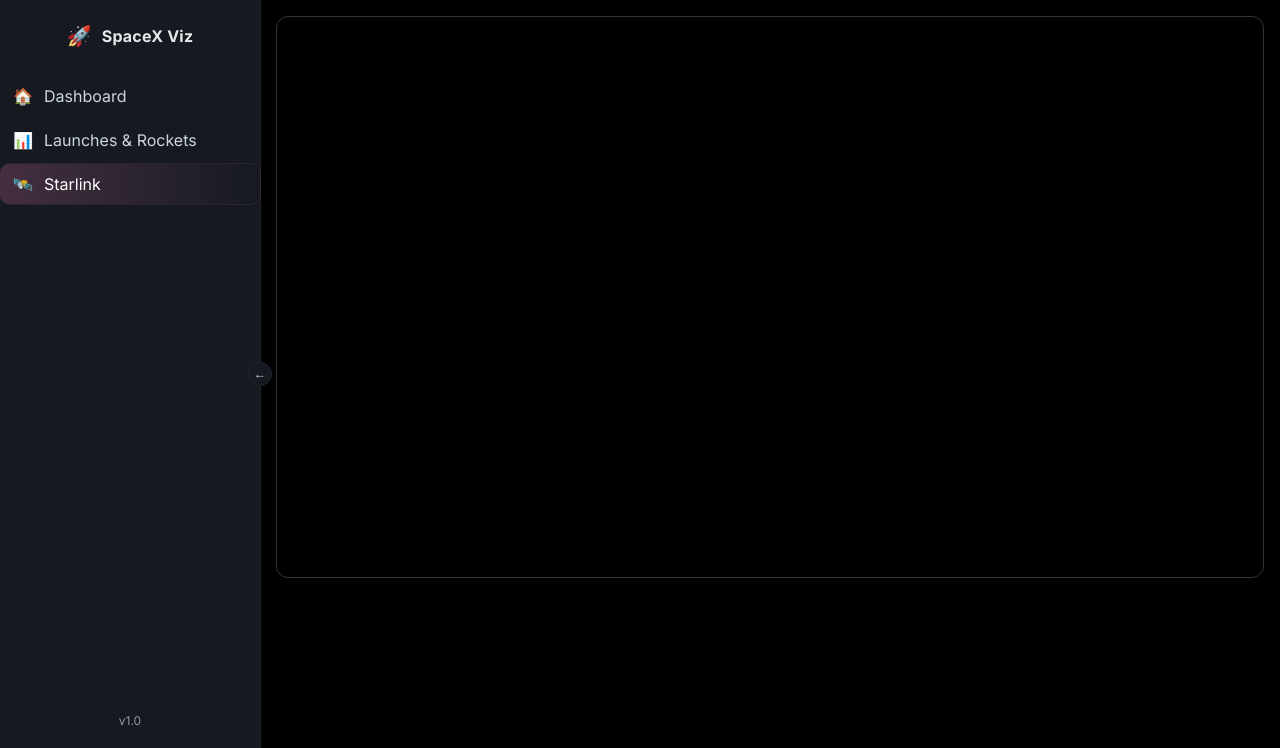
Repository: Regieslu/spacex-dashboard-project
Page: /starlink (app in frontend/)
An editor plug-in stored every save of this project. The page is shown before and after the next save, followed by the edit.
The browser window is 1280 px wide. The pictures show the whole page.
The project was rebuilt for these pictures with package versions that can differ from the ones it lists, and the page was loaded fresh each time. Also part of the build but not shown: frontend/vite.config.ts.

Above is the page before, as saved 2025-09-07 14:53:35.

### frontend/index.html
<!DOCTYPE html>
<html lang="en">
  <head>
    <meta charset="UTF-8" />
    <link rel="icon" type="image/svg+xml" href="/vite.svg" />
    <meta name="viewport" content="width=device-width, initial-scale=1.0" />
    <title>SpaceX Dashboard</title>

    <!-- Google Fonts - SpaceX Style -->
    <link rel="preconnect" href="https://fonts.googleapis.com" />
    <link rel="preconnect" href="https://fonts.gstatic.com" crossorigin />
    <link
      href="https://fonts.googleapis.com/css2?family=Space+Grotesk:wght@300;400;500;600;700&family=Space+Mono:wght@400;700&family=Montserrat:wght@400;500;600;700&family=Inter:wght@400;500;600;700&display=swap"
      rel="stylesheet"
    />
  </head>
  <body>
    <div id="app"></div>
    <script type="module" src="/src/main.ts"></script>
  </body>
</html>

### frontend/src/main.ts
import { createApp } from "vue";
import App from "./App.vue";
import ECharts from "vue-echarts";
import * as echarts from "echarts"; // types
import theme from "./assets/theme";
import "./assets/base.css";
import { router } from "./router";
import { createPinia } from "pinia";
echarts.registerTheme("spacex", theme as any);

const app = createApp(App);
const pinia = createPinia();

app.use(pinia);
app.component("VChart", ECharts);
app.use(router);
app.mount("#app");

### frontend/src/App.vue
<template>
  <AppShell />
</template>
<script setup lang="ts">
import AppShell from "./components/layout/AppShell.vue";
</script>

### frontend/src/assets/theme.ts
// base color palette
const colors = [
  "#ff58b0", // magenta primario
  "#ff83c4", // rosa
  "#7c4dff", // violeta
  "#00e5ff", // cian
  "#ffb74d", // ámbar
  "#81c784", // verde
  "#b0bec5", // gris-azulado
];

const axisText = "#cfd8dc";
const axisLine = "#90a4ae55";
const splitLine = "#546e7a55";
const titleText = "#eceff1";
const bg = "#111317";
const panel = "#161a20";
const tooltipBg = "rgba(13,16,22,.96)";

// Colores de fondo reutilizables
const backgrounds = {
  main: "#000000", // Fondo principal negro (como la tabla)
  card: "#000000", // Fondo de cards
  container: "#000000", // Fondo de contenedores
  sidebar: "#161a20", // Fondo del sidebar
  shell: "#0f1116", // Fondo del shell principal
};

// Tipografía SpaceX-style
const typography = {
  // Fuente principal (similar a SpaceX)
  primary: "'Space Grotesk', 'Montserrat', 'Inter', system-ui, sans-serif",
  // Fuente monoespaciada para elementos técnicos (como la tabla)
  mono: "'Space Mono', 'Courier New', 'Monaco', 'Menlo', monospace",
  // Fuente secundaria
  secondary: "'Inter', system-ui, sans-serif",
};

const theme: Record<string, any> = {
  color: colors,
  backgroundColor: "transparent",
  textStyle: {
    color: axisText,
    fontFamily: typography.primary,
  },

  title: {
    textStyle: { color: titleText, fontWeight: 700, fontSize: 18 },
    subtextStyle: { color: "#b0bec5" },
  },

  grid: {
    left: 40,
    right: 24,
    top: 40,
    bottom: 36,
    containLabel: true,
    backgroundColor: panel,
    show: false,
  },

  legend: {
    textStyle: { color: axisText, fontSize: 12 },
    itemWidth: 14,
    itemHeight: 10,
    itemGap: 16,
    icon: "roundRect",
  },

  tooltip: {
    backgroundColor: tooltipBg,
    borderColor: "#263238",
    borderWidth: 1,
    textStyle: { color: "#eceff1", fontSize: 12 },
    axisPointer: {
      type: "line",
      lineStyle: { color: "#ffffff30", width: 1 },
      crossStyle: { color: "#ffffff30" },
    },
    extraCssText:
      "backdrop-filter: blur(6px); border-radius:8px; padding:8px 10px;",
  },

  // category axis (applies to x and y)
  categoryAxis: {
    axisLine: { lineStyle: { color: axisLine } },
    axisTick: { show: false },
    axisLabel: { color: axisText, margin: 8 },
    splitLine: { show: false },
    nameTextStyle: { color: axisText },
  },
  valueAxis: {
    axisLine: { show: false },
    axisTick: { show: false },
    axisLabel: { color: axisText, margin: 6 },
    splitLine: { show: true, lineStyle: { color: splitLine } },
    nameTextStyle: { color: axisText },
  },

  // series by type (defaults pretty)
  line: {
    symbol: "circle",
    symbolSize: 6,
    smooth: true,
    lineStyle: { width: 3 },
    areaStyle: { opacity: 0.08 },
    itemStyle: { borderWidth: 0 },
  },

  bar: {
    barMaxWidth: 42,
    itemStyle: {
      borderRadius: [8, 8, 0, 0],
      shadowBlur: 10,
      shadowColor: "rgba(0,0,0,.25)",
      shadowOffsetY: 2,
    },
  },

  pie: {
    itemStyle: { borderColor: bg, borderWidth: 2 },
    label: { color: axisText, fontWeight: 500 },
  },

  radar: {
    axisName: { color: axisText },
    splitArea: { areaStyle: { color: ["#161a20", "#14181e"] } },
    splitLine: { lineStyle: { color: "#263238" } },
    indicator: [],
  },

  toolbox: { iconStyle: { borderColor: axisText } },
  dataZoom: {
    textStyle: { color: axisText },
    handleStyle: { color: "#ffffff80" },
    dataBackground: {
      lineStyle: { color: "#ffffff30" },
      areaStyle: { color: "#ffffff10" },
    },
  },

  visualMap: {
    textStyle: { color: axisText },
    inRange: { color: ["#ff83c4", "#ff58b0"] },
  },
};

// Exportar colores individuales para uso en componentes
export {
  backgrounds,
  colors,
  axisText,
  titleText,
  panel,
  tooltipBg,
  typography,
};

export default theme;

### frontend/src/assets/base.css
:root {
  color-scheme: dark;
}
html,
body,
#app {
  height: 100%;
}
body {
  margin: 0;
  background: #0f1116;
  color: #e5e7eb;
  font-family: Inter, system-ui, -apple-system, Segoe UI, Roboto, Arial,
    sans-serif;
}

### frontend/src/router/index.ts
import { createRouter, createWebHistory } from "vue-router";

const Dashboard = () => import("../views/Dashboard.vue");
const LaunchesRockets = () => import("../views/LaunchesRockets.vue");
const Starlink = () => import("../views/Starlink.vue");

export const router = createRouter({
  history: createWebHistory(),
  routes: [
    { path: "/", redirect: "/dashboard" },
    { path: "/dashboard", name: "Dashboard", component: Dashboard },
    {
      path: "/launches-rockets",
      name: "Launches & Rockets",
      component: LaunchesRockets,
    },
    { path: "/starlink", name: "Starlink", component: Starlink },
    { path: "/:pathMatch(.*)*", redirect: "/dashboard" },
  ],
  scrollBehavior() {
    return { top: 0 };
  },
});

### frontend/src/components/layout/AppShell.vue
<template>
  <div class="shell">
    <Sidebar ref="sidebarRef" />
    <main class="content">
      <RouterView />
    </main>
  </div>
</template>

<script setup lang="ts">
import Sidebar from "./Sidebar.vue";
import { useRoute } from "vue-router";
import { computed } from "vue";
const route = useRoute();
const titles: Record<string, string> = {
  "/dashboard": "Dashboard",
  "/launches-rockets": "Launches & Rockets",
  "/starlink": "Starlink",
};
</script>

<style scoped>
.shell {
  display: grid;
  grid-template-columns: 260px 1fr;
  min-height: 100dvh;
  background: #0f1116;
  transition: grid-template-columns 0.3s ease;
}

.shell:has(.sidebar.collapsed) {
  grid-template-columns: 60px 1fr;
}

.content {
  min-width: 0;
  background: #000000;
}
.topbar {
  position: sticky;
  top: 0;
  z-index: 10;
  background: linear-gradient(180deg, #0f1116, #0f111600);
  border-bottom: 1px solid #1c2130;
  padding: 12px 16px;
  color: #e5e7eb;
}
.ttl {
  font-weight: 700;
  letter-spacing: 0.2px;
}
@media (max-width: 900px) {
  .shell {
    grid-template-columns: 1fr;
  }
}
</style>

### frontend/src/views/StarLink.vue
<template>
  <section class="panel">
    <StarLinkGlobe />
  </section>
</template>
<script setup lang="ts">
import StarLinkGlobe from "../components/starlink/StarLinkGlobe.vue";
</script>
<style scoped>
.panel {
  padding: 16px;
  color: #e5e7eb;
}
</style>

### frontend/src/components/layout/Sidebar.vue
<template>
  <aside
    :class="['sidebar', { open: isOpen, collapsed: isCollapsed }]"
    @keydown.esc="isOpen = false"
    aria-label="Primary"
  >
    <div class="brand">
      <span class="logo">🚀</span>
      <span class="name" v-show="!isCollapsed">SpaceX Viz</span>
    </div>

    <nav class="nav">
      <RouterLink
        v-for="item in items"
        :key="item.to"
        :to="item.to"
        class="link"
        :class="{ active: $route.path.startsWith(item.to) }"
        :aria-current="$route.path.startsWith(item.to) ? 'page' : undefined"
        @click="isOpen = false"
        :title="isCollapsed ? item.label : undefined"
      >
        <span class="icon" aria-hidden="true">{{ item.emoji }}</span>
        <span class="text" v-show="!isCollapsed">{{ item.label }}</span>
      </RouterLink>
    </nav>

    <div class="footer" v-show="!isCollapsed">v1.0</div>

    <!-- Botón para contraer/expandir (solo desktop) -->
    <button
      class="collapse-btn"
      @click="toggleCollapse"
      aria-label="Toggle sidebar"
      v-show="!isCollapsed"
    >
      ←
    </button>

    <button
      class="expand-btn"
      @click="toggleCollapse"
      aria-label="Expand sidebar"
      v-show="isCollapsed"
    >
      →
    </button>

    <!-- botón flotante solo en mobile -->
    <button class="toggle" @click="isOpen = !isOpen" aria-label="Toggle menu">
      ☰
    </button>
  </aside>
</template>

<script setup lang="ts">
import { ref } from "vue";

const isOpen = ref(false);
const isCollapsed = ref(false);

const toggleCollapse = () => {
  isCollapsed.value = !isCollapsed.value;
};

const items = [
  { to: "/dashboard", label: "Dashboard", emoji: "🏠" },
  { to: "/launches-rockets", label: "Launches & Rockets", emoji: "📊" },
  { to: "/starlink", label: "Starlink", emoji: "🛰️" },
];
</script>

<style scoped>
.sidebar {
  position: sticky;
  top: 0;
  height: 100dvh;
  width: 260px;
  background: #161a20;
  color: #e5e7eb;
  border-right: 1px solid #1f2430;
  padding: 14px 0px 14px 0px;
  display: flex;
  flex-direction: column;
  gap: 12px;
  transition: width 0.3s ease;
}

.sidebar.collapsed {
  width: 60px;
  padding: 14px 8px;
}
.brand {
  display: flex;
  align-items: center;
  gap: 10px;
  padding: 10px 8px;
  justify-content: center;
}

.sidebar.collapsed .brand {
  justify-content: center;
}

.logo {
  font-size: 20px;
}
.name {
  font-weight: 700;
  letter-spacing: 0.2px;
}
.nav {
  display: flex;
  flex-direction: column;
  gap: 4px;
  margin-top: 6px;
}
.link {
  display: flex;
  align-items: center;
  gap: 10px;
  padding: 10px 12px;
  border-radius: 10px;
  color: #cbd5e1;
  text-decoration: none;
  transition: background 0.2s, color 0.2s;
  justify-content: flex-start;
}

.sidebar.collapsed .link {
  justify-content: center;
  padding: 10px 8px;
}
.link:hover {
  background: #1d2230;
  color: #fff;
}
.link.active {
  background: linear-gradient(90deg, #ff83c433, transparent);
  outline: 1px solid #ff83c41a;
  color: #fff;
}
.icon {
  width: 22px;
  text-align: center;
}
.footer {
  margin-top: auto;
  opacity: 0.6;
  font-size: 12px;
  padding: 6px 8px;
  text-align: center;
}

/* Botones de contraer/expandir */
.collapse-btn,
.expand-btn {
  position: absolute;
  top: 50%;
  right: -12px;
  transform: translateY(-50%);
  background: #161a20;
  color: #e5e7eb;
  border: 1px solid #1f2430;
  border-radius: 50%;
  width: 24px;
  height: 24px;
  display: flex;
  align-items: center;
  justify-content: center;
  cursor: pointer;
  font-size: 12px;
  transition: all 0.2s ease;
  z-index: 10;
}

.collapse-btn:hover,
.expand-btn:hover {
  background: #1d2230;
  color: #fff;
}

.expand-btn {
  right: -12px;
}

/* Mobile: sidebar overlay + botón flotante */
@media (max-width: 900px) {
  .sidebar {
    position: fixed;
    inset: 0 auto 0 0;
    transform: translateX(-100%);
    z-index: 40;
    width: 88%;
    max-width: 300px;
    border-right: none;
    box-shadow: 0 10px 40px rgba(0, 0, 0, 0.45);
  }
  .sidebar.open {
    transform: translateX(0);
    transition: transform 0.2s ease;
  }
  .toggle {
    position: fixed;
    left: 12px;
    bottom: 14px;
    z-index: 50;
    background: #1d2230;
    color: #fff;
    border: 1px solid #2a3142;
    border-radius: 10px;
    padding: 10px 12px;
    font-size: 16px;
    cursor: pointer;
    box-shadow: 0 8px 24px rgba(0, 0, 0, 0.35);
  }
}
/* Desktop: sin botón mobile, mostrar botones collapse */
@media (min-width: 901px) {
  .toggle {
    display: none;
  }

  .collapse-btn,
  .expand-btn {
    display: flex;
  }
}

/* Mobile: ocultar botones collapse */
@media (max-width: 900px) {
  .collapse-btn,
  .expand-btn {
    display: none;
  }
}
</style>

### frontend/src/stores/useSpacexStore.ts
import { defineStore } from "pinia";
import { ref, computed } from "vue";
import {
  getLaunches,
  getRockets,
  getStarlink,
  getUpcomingLaunches,
} from "../api";

export const useSpacexStore = defineStore("spacex", () => {
  // state
  const launches = ref<any[]>([]);
  const rockets = ref<any[]>([]);
  const starlink = ref<any[]>([]);
  const upcomingLaunches = ref<any[]>([]);

  const isLoading = ref(false);
  const error = ref<string | null>(null);

  // Cache individual por tipo de dato
  const lastFetchLaunches = ref<Date | null>(null);
  const lastFetchRockets = ref<Date | null>(null);
  const lastFetchStarlink = ref<Date | null>(null);
  const lastFetchUpcomingLaunches = ref<Date | null>(null);

  const CACHE_DURATION = 10 * 60 * 1000; // 10 minutes

  // Computed para verificar si cada tipo de dato está obsoleto
  const isLaunchesOutdated = computed(() => {
    if (!lastFetchLaunches.value) return true;
    return Date.now() - lastFetchLaunches.value.getTime() > CACHE_DURATION;
  });

  const isRocketsOutdated = computed(() => {
    if (!lastFetchRockets.value) return true;
    return Date.now() - lastFetchRockets.value.getTime() > CACHE_DURATION;
  });

  const isStarlinkOutdated = computed(() => {
    if (!lastFetchStarlink.value) return true;
    return Date.now() - lastFetchStarlink.value.getTime() > CACHE_DURATION;
  });

  const isUpcomingLaunchesOutdated = computed(() => {
    if (!lastFetchUpcomingLaunches.value) return true;
    return (
      Date.now() - lastFetchUpcomingLaunches.value.getTime() > CACHE_DURATION
    );
  });

  // Funtion to fetch the data
  const fetchAllData = async () => {
    isLoading.value = true;
    error.value = null;

    try {
      // make calls in parallel
      const [launchesData, rocketsData, starlinkData, upcomingData] =
        await Promise.all([
          getLaunches(),
          getRockets(),
          getStarlink(),
          getUpcomingLaunches(),
        ]);
      launches.value = launchesData;
      rockets.value = rocketsData;
      starlink.value = starlinkData;
      upcomingLaunches.value = upcomingData;
      lastFetchLaunches.value = new Date();
      lastFetchRockets.value = new Date();
      lastFetchStarlink.value = new Date();
      lastFetchUpcomingLaunches.value = new Date();
    } catch (err) {
      error.value =
        err instanceof Error ? err.message : "An unknown error occurred";
      throw err;
    } finally {
      isLoading.value = false;
    }
  };

  const fetchRockets = async () => {
    if (!isRocketsOutdated.value && rockets.value.length > 0) {
      return rockets.value;
    }

    isLoading.value = true;
    error.value = null;

    try {
      const data = await getRockets();
      rockets.value = data;
      lastFetchRockets.value = new Date();
    } catch (err) {
      error.value =
        err instanceof Error ? err.message : "Error fetching rockets";
      throw err;
    } finally {
      isLoading.value = false;
    }
  };

  const fetchLaunches = async () => {
    if (!isLaunchesOutdated.value && launches.value.length > 0) {
      return launches.value;
    }

    isLoading.value = true;
    error.value = null;

    try {
      const data = await getLaunches();
      launches.value = data;
      lastFetchLaunches.value = new Date();
    } catch (err) {
      error.value =
        err instanceof Error ? err.message : "Error fetching launches";
      throw err;
    } finally {
      isLoading.value = false;
    }
  };

  const fetchStarlink = async () => {
    if (!isStarlinkOutdated.value && starlink.value.length > 0) {
      return starlink.value;
    }

    isLoading.value = true;
    error.value = null;

    try {
      const data = await getStarlink();
      starlink.value = data;
      lastFetchStarlink.value = new Date();
    } catch (err) {
      error.value =
        err instanceof Error ? err.message : "Error fetching starlink";
      throw err;
    } finally {
      isLoading.value = false;
    }
  };

  const fetchUpcomingLaunches = async () => {
    if (
      !isUpcomingLaunchesOutdated.value &&
      upcomingLaunches.value.length > 0
    ) {
      return upcomingLaunches.value;
    }

    isLoading.value = true;
    error.value = null;

    try {
      const data = await getUpcomingLaunches();
      upcomingLaunches.value = data;
      lastFetchUpcomingLaunches.value = new Date();
    } catch (err) {
      error.value =
        err instanceof Error ? err.message : "Error fetching upcoming launches";
      throw err;
    } finally {
      isLoading.value = false;
    }
  };

  const clearCache = () => {
    launches.value = [];
    rockets.value = [];
    starlink.value = [];
    upcomingLaunches.value = [];
    lastFetchLaunches.value = null;
    lastFetchRockets.value = null;
    lastFetchStarlink.value = null;
    lastFetchUpcomingLaunches.value = null;
    error.value = null;
    isLoading.value = false;
  };

  return {
    // state
    launches,
    rockets,
    starlink,
    upcomingLaunches,
    isLoading,
    error,
    lastFetchLaunches,
    lastFetchRockets,
    lastFetchStarlink,
    lastFetchUpcomingLaunches,

    // computed
    isLaunchesOutdated,
    isRocketsOutdated,
    isStarlinkOutdated,
    isUpcomingLaunchesOutdated,

    // actions
    fetchAllData,
    fetchRockets,
    fetchLaunches,
    fetchStarlink,
    fetchUpcomingLaunches,
    clearCache,
  };
});

### frontend/src/components/starlink/StarLinkGlobe.vue
<!-- components/starlink/StarlinkGlobeECharts.vue -->
<template>
  <div class="starlink-container">
    <VChart :option="option" theme="spacex" autoresize style="height: 520px" />
  </div>
</template>
<script setup lang="ts">
import { ref, onMounted, computed, watch } from "vue";
import "echarts-gl";
import { useSpacexStore } from "../../stores/useSpacexStore";
import { backgrounds } from "../../assets/theme";

const option = ref<any>({});
const spacexStore = useSpacexStore();

// computed to get the starlink
const processedStarlink = computed(() => {
  if (!spacexStore.starlink.length) return { points: [] };
  const points = spacexStore.starlink
    .filter((d: any) => d.latitude != null && d.longitude != null)
    .map((d: any) => [d.longitude, d.latitude, d.altitude_km ?? 500]);
  return { points };
});

// watch which updates the chart when the data changes
watch(
  processedStarlink,
  (newData) => {
    if (newData.points.length) {
      updateChart(newData);
    }
  },
  { immediate: true }
);

function updateChart(data: { points: number[][] }) {
  option.value = {
    backgroundColor: "transparent",
    globe: {
      baseTexture:
        "https://fastly.jsdelivr.net/gh/apache/echarts-website@asf-site/examples/data-gl/asset/world.topo.bathy.200401.jpg",
      heightTexture:
        "https://fastly.jsdelivr.net/gh/apache/echarts-website@asf-site/examples/data-gl/asset/bathymetry_bw_composite_4k.jpg",
      shading: "lambert",
      environment: "#0b0e13",
      viewControl: {
        autoRotate: true,
        autoRotateSpeed: 3,
        distance: 300, // zoom out
      },
    },
    visualMap: {
      show: false,
      min: 300,
      max: 600,
      inRange: { color: ["#ff83c4", "#ff58b0"] },
    },
    series: [
      {
        type: "scatter3D",
        coordinateSystem: "globe",
        symbolSize: (val: any) => Math.max(1, (val[2] - 250) / 80),
        itemStyle: { opacity: 0.9 },
        data: data.points,
      },
    ],
  };
}
</script>

<style scoped>
.starlink-container {
  background: v-bind("backgrounds.container");
  border-radius: 12px;
  padding: 20px;
  border: 1px solid #333333;
}
</style>

### frontend/src/api.ts
import axios from "axios";

export const api = axios.create({ baseURL: "/api" });
export const getLaunches = () => api.get("/launches").then((res) => res.data);
export const getRockets = () => api.get("/rockets").then((res) => res.data);
export const getStarlink = () => api.get("/starlink").then((res) => res.data);
export const getUpcomingLaunches = () =>
  api.get("/launches/upcoming").then((res) => res.data);

After the next save:
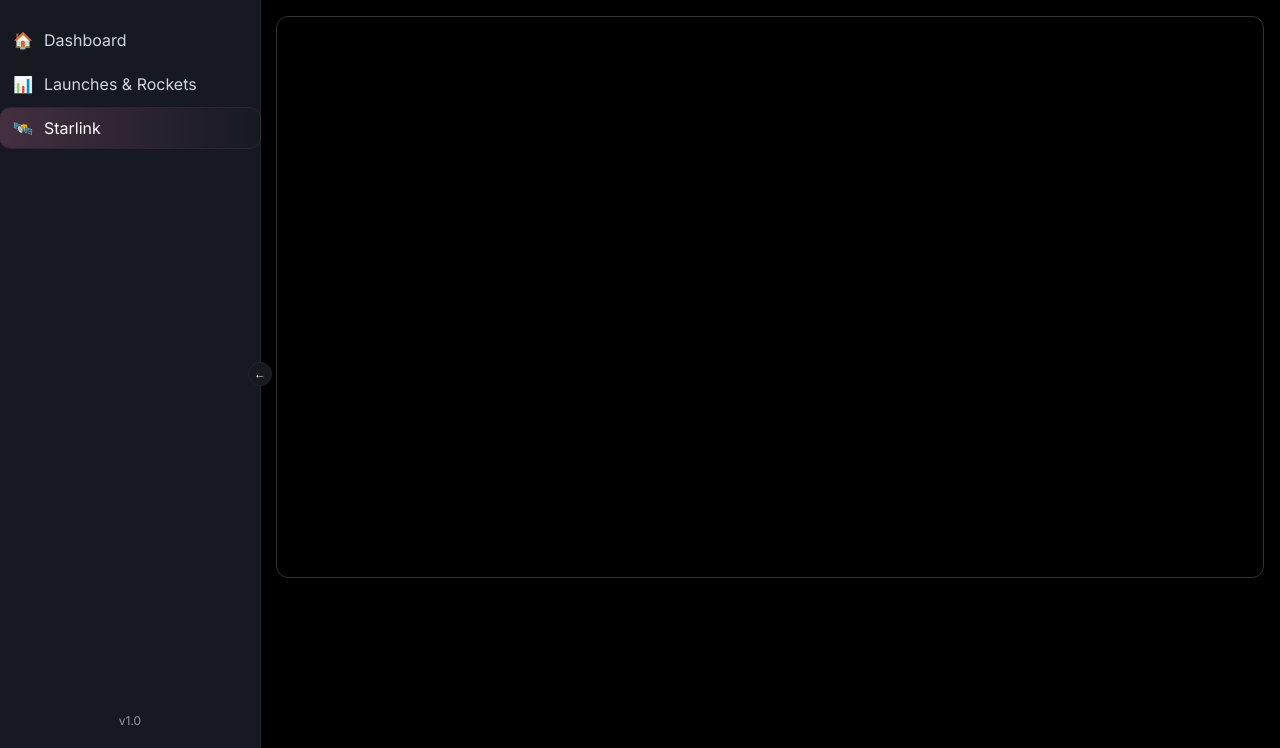
Saved 3 min 7 s later.
--- a/frontend/src/components/layout/Sidebar.vue
+++ b/frontend/src/components/layout/Sidebar.vue
@@ -4,11 +4,6 @@
     @keydown.esc="isOpen = false"
     aria-label="Primary"
   >
-    <div class="brand">
-      <span class="logo">🚀</span>
-      <span class="name" v-show="!isCollapsed">SpaceX Viz</span>
-    </div>
-
     <nav class="nav">
       <RouterLink
         v-for="item in items"
